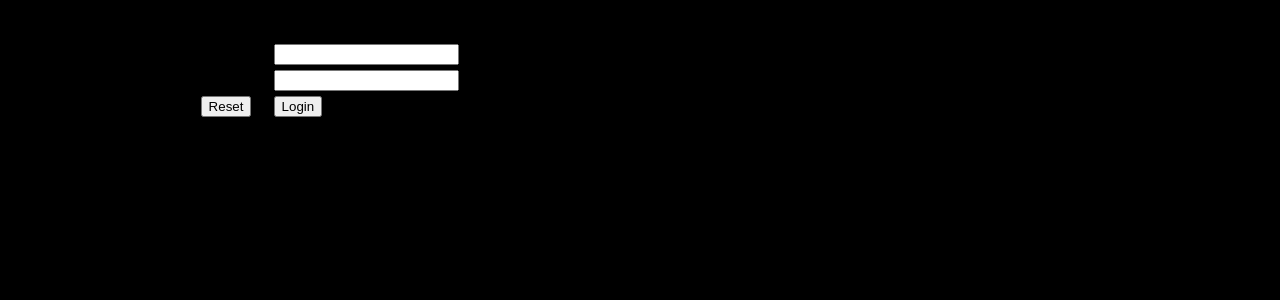
Repository: jks2127/SMS-webApp
Page: sms 1.2/WebContent/index.html
The author's editor kept a copy of each file at every save. The page is drawn from the files as they stood at one save, then again after the next save.
The browser window is 1280 px wide. The pictures show the whole page.

Above is the page before, as saved 2021-06-11 12:24:18.

### sms 1.2/WebContent/index.html
<!DOCTYPE html>
<html>
<head>
	<meta charset="ISO-8859-1">
	<title>Student Management System</title>

	<style>
		.container{
		margin: auto;
		width:70%;
		border:2px solid black;
		font-size:18px;
		padding:30px;
		}
	</style>
</head>

<body id="body" bgcolor="black" color="white">
<div class="container">
	<form action="Login" method="POST">
		<table>
			<tr>
				<td> Name </td>
				<td><input type="text" name="user_name"></td>
			</tr>
			<tr>
				<td>Password</td>
				<td><input type="password" name="user_pswd"></td>
			</tr>
			<tr>
				<td><button type="reset">Reset</button></td>
				<td><button type="submit">Login</button></td>
			</tr>
		</table>

	</form>
</div>
</body>
</html>

After the next save:
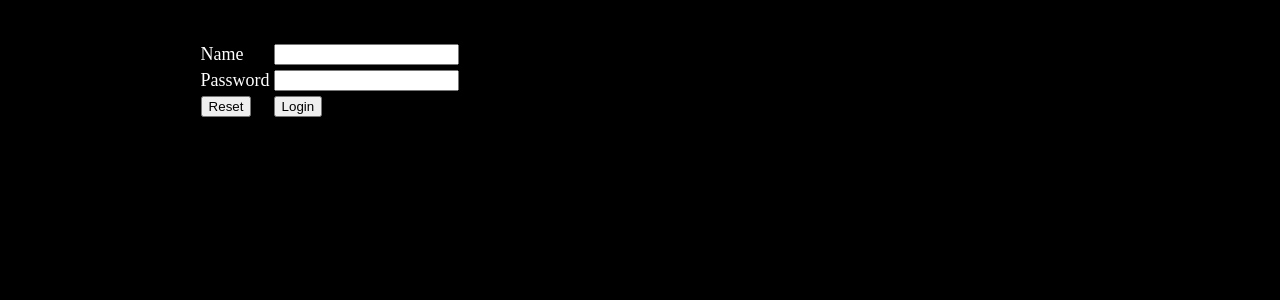
Saved 33 s later.
--- a/sms 1.2/WebContent/index.html
+++ b/sms 1.2/WebContent/index.html
@@ -11,11 +11,12 @@
 		border:2px solid black;
 		font-size:18px;
 		padding:30px;
+		color:white;
 		}
 	</style>
 </head>
 
-<body id="body" bgcolor="black" color="white">
+<body id="body" bgcolor="black" >
 <div class="container">
 	<form action="Login" method="POST">
 		<table>
